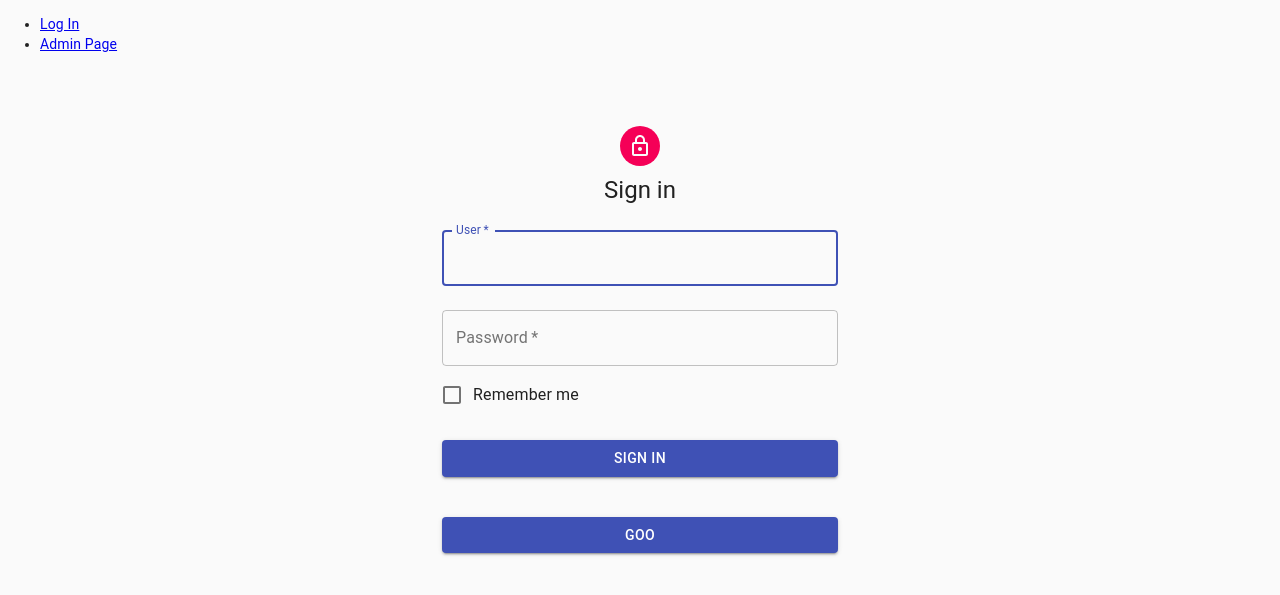
Repository: iznnull/models-front
Page: /
An editor plug-in stored every save of this project. The page is shown before and after the next save, followed by the edit.
The browser window is 1280 px wide. The pictures show the whole page.
The project was rebuilt for these pictures with package versions that can differ from the ones it lists, and the page was loaded fresh each time. Also part of the build but not shown: src/pages/Admin.js.

Above is the page before, as saved 2020-05-14 09:55:49.

### src/App.js

import React, { useState } from "react";
import { BrowserRouter as Router, Link, Route } from "react-router-dom";
import PrivateRoute from './routes/PrivateRoute';
import Admin from "./pages/Admin";
import AuthForm from "./components/AuthForm"
import { AuthContext } from "./context/auth";

function App(props) {
  const existingTokens = JSON.parse(localStorage.getItem("tokens"));
  const [authTokens, setAuthTokens] = useState(existingTokens);

  const setTokens = (data) => {
    localStorage.setItem("tokens", JSON.stringify(data));
    setAuthTokens(data);
  }
  return (
    <AuthContext.Provider value={{ authTokens, setAuthTokens: setTokens }}>
      <Router>
        <div>
          <ul>
            { authTokens === null &&
            <li>
              <Link to="/">Log In</Link>
            </li>
            }
            { authTokens !== null &&
            <li>
                <Link to="/">Log Out</Link>
            </li>
            }
          <li>
            <Link to="/admin">Admin Page</Link>
          </li>
          </ul>
          <Route exact path="/" component={AuthForm} />
          <PrivateRoute path="/admin" component={Admin} />
        </div>
      </Router>
    </AuthContext.Provider>
  );
}

export default App;

### src/routes/PrivateRoute.js
import React from "react";
import { Route, Redirect } from "react-router-dom";
import { useAuth } from "../context/auth";

function PrivateRoute({ component: Component, ...rest }) {
  const { authTokens } = useAuth();

  return (
    <Route
      {...rest}
      render={props =>
        authTokens  ? (
          <Component {...props} />
        ) : (
          <Redirect to="/"
          />
        )
      }
    />
  );
}

export default PrivateRoute;

### src/components/AuthForm.js
import React, {useState} from 'react';
import Avatar from '@material-ui/core/Avatar';
import Button from '@material-ui/core/Button';
import CssBaseline from '@material-ui/core/CssBaseline';
import TextField from '@material-ui/core/TextField';
import FormControlLabel from '@material-ui/core/FormControlLabel';
import Checkbox from '@material-ui/core/Checkbox';
import LockOutlinedIcon from '@material-ui/icons/LockOutlined';
import Typography from '@material-ui/core/Typography';
import Container from '@material-ui/core/Container';
import { makeStyles } from '@material-ui/core/styles';
import { useAuth } from "../context/auth";
import axios from 'axios';
import { Redirect } from "react-router-dom";

const useStyles = makeStyles((theme) => ({
    paper: {
      marginTop: theme.spacing(8),
      display: 'flex',
      flexDirection: 'column',
      alignItems: 'center',
    },
    avatar: {
      margin: theme.spacing(1),
      backgroundColor: theme.palette.secondary.main,
    },
    form: {
      width: '100%', // Fix IE 11 issue.
      marginTop: theme.spacing(1),
    },
    submit: {
      margin: theme.spacing(3, 0, 2),
    },
  }));

function AuthForm(props) {

    const [user, setUser] = useState("");
    const [password, setPassword] = useState("");
    const { setAuthTokens } = useAuth();

    const classes = useStyles();

    function onLoginForm_Submit() {
      axios.post("http://localhost:5000/api/authenticate", {
        user,
        password
      }).then(result => {
        if (result.status === 200) {
          console.log(result)
          setAuthTokens(result.data);
          return <Redirect to="/admin"/>;
        } else {
          console.log("Error: " + result.status);
        }
      }).catch(e => {
        console.log("Error" + e);
      });
    }

    function goAdmin() {
      console.log("Hey")
      return <Redirect to="/admin"/>;
    }

    return <Container component="main" maxWidth="xs">
        <CssBaseline />
        <div className={classes.paper}>
            <Avatar className={classes.avatar}>
            <LockOutlinedIcon />
            </Avatar>

            <Typography component="h1" variant="h5">
            Sign in
            </Typography>

            <form className={classes.form} validate="true" onSubmit={onLoginForm_Submit}>
                <TextField
                    variant="outlined"
                    margin="normal"
                    required
                    fullWidth
                    id="user"
                    label="User"
                    name="user"
                    autoComplete="user"
                    autoFocus
                    onChange={(e) => setUser(e.target.value)}
                />
                <TextField
                    variant="outlined"
                    margin="normal"
                    required
                    fullWidth
                    name="password"
                    label="Password"
                    type="password"
                    id="password"
                    autoComplete="current-password"
                    onChange={(e) => setPassword(e.target.value)}
                />
                <FormControlLabel
                    control={<Checkbox value="remember" color="primary" />}
                    label="Remember me"
                />
                <Button
                    type="submit"
                    fullWidth
                    variant="contained"
                    color="primary"
                    className={classes.submit}
                >
                    Sign In
                </Button>
            </form>
            <Button
                    type="submit"
                    fullWidth
                    variant="contained"
                    color="primary"
                    className={classes.submit}
                    onClick={goAdmin}
                >
                    Goo
                </Button>
        </div>
      </Container>;
}

export default AuthForm;

### src/context/auth.js
import { createContext, useContext } from 'react';

export const AuthContext = createContext();

export function useAuth() {
  return useContext(AuthContext);
}

Loaded but not shown: public/index.html (common file); src/index.js (common file); src/index.css (common file); src/serviceWorker.js (common file)

After the next save:
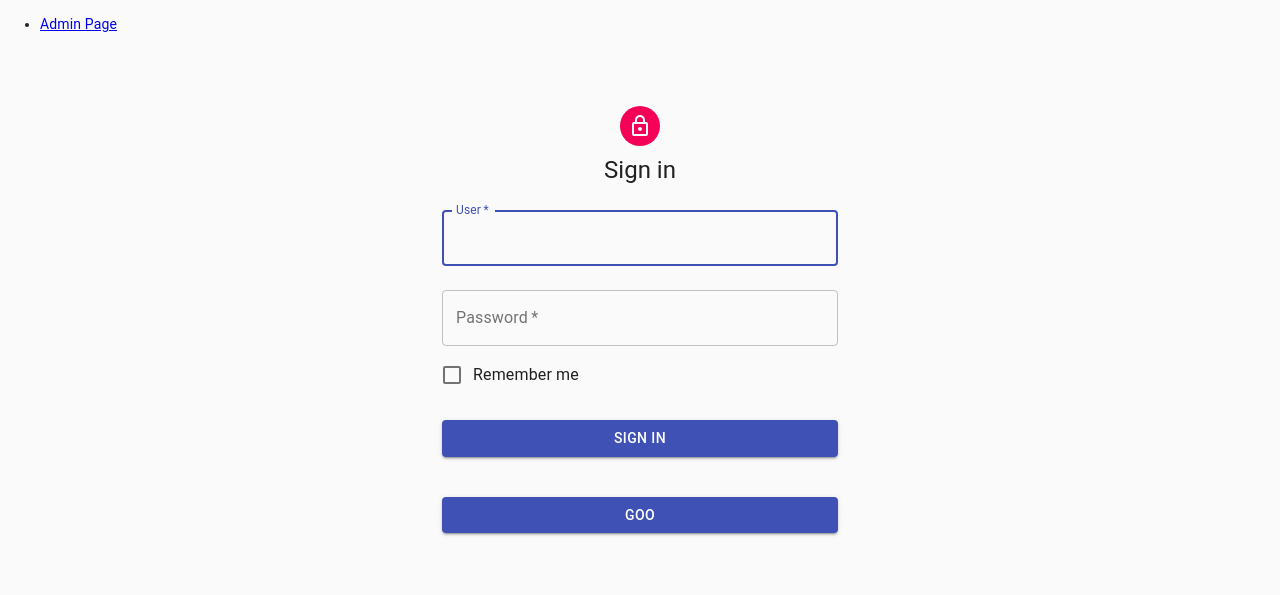
Saved 2 min 29 s later.
--- a/src/App.js
+++ b/src/App.js
@@ -19,16 +19,6 @@ function App(props) {
       <Router>
         <div>
           <ul>
-            { authTokens === null &&
-            <li>
-              <Link to="/">Log In</Link>
-            </li>
-            }
-            { authTokens !== null &&
-            <li>
-                <Link to="/">Log Out</Link>
-            </li>
-            }
           <li>
             <Link to="/admin">Admin Page</Link>
           </li>
